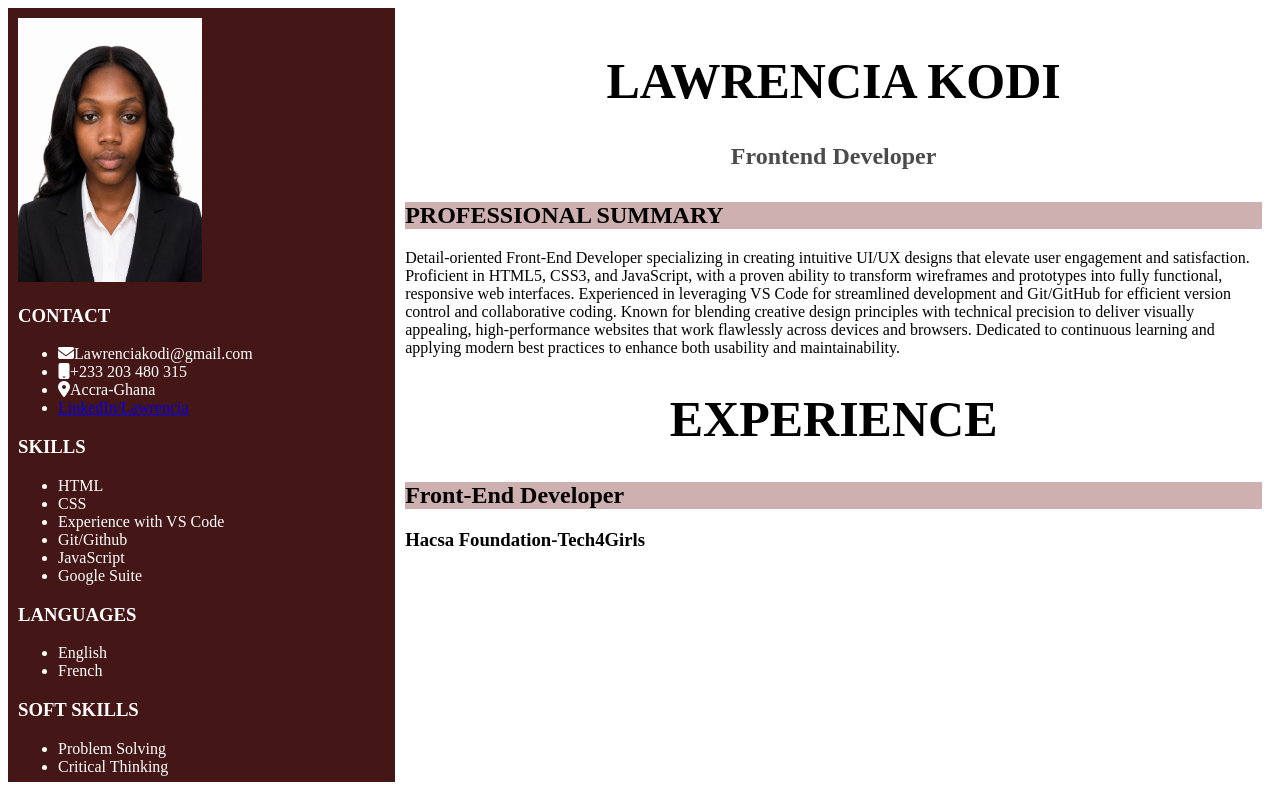
Repository: lawrencia-coder/T4G_CV
Page: index.html
These files come from the project's save history. The page is drawn as it stood at one moment and after a run of saves; the edit follows.
The browser window is 1280 px wide. The pictures show the whole page.
Some icons come from a web library that is not loaded, so they are not drawn. Some web libraries are served in a nearby version.

Above is the page before, as saved 2026-07-14 08:13:21.

### index.html
<!DOCTYPE html>
<html lang="en">
<head>
    <meta charset="UTF-8">
    <meta name="viewport" content="width=device-width, initial-scale=1.0">
    <script src="https://kit.fontawesome.com/c72fc9c022.js" crossorigin="anonymous"></script>
    <title>T4G_CV</title>
    <link rel="stylesheet" href="style.css">
</head>
<body>
    <div class="cv-container">
        <div class="left-column">
            <img src="images/passport pic 1.png" alt="" width="50%" height="35%">
            <h3>CONTACT</h3>
             <p>
              <ul>
                <li><i class="fa-solid fa-envelope" style="color: rgb(255, 255, 255);"></i>Lawrenciakodi@gmail.com</li>
                <li><i class="fa-solid fa-mobile" style="color: rgb(255, 255, 255);"></i>+233 203 480 315</li>
                <li><i class="fa-solid fa-location-dot" style="color: rgb(255, 255, 255);"></i>Accra-Ghana</li>
                <li><i class="fa-brands fa-square-linkedin" style="color: rgb(255, 255, 255);"></i><a href="www.linkedin.com/in/lawrencia-kodi-192a71305" target="_blank" rel="noopener noreferrer">LinkedIn/Lawrencia</a></li>
              </ul>
             </p>

            <h3>SKILLS</h3>
             <p>
                <ul>
                    <li>HTML</li>
                    <li>CSS</li>
                    <li>Experience with VS Code</li>
                    <li>Git/Github</li>
                    <li>JavaScript</li>
                    <li>Google Suite</li>
                </ul>
             </p>

             <h3>LANGUAGES</h3>
             <p>
                <ul>
                    <li>English</li>
                    <li>French</li>
                </ul>
             </p>

             <h3>SOFT SKILLS</h3>
             <p>
                <ul>
                    <li>Problem Solving</li>
                    <li>Critical Thinking</li>

                </ul>
             </p>
        </div>
         <div class="right-column">
             <h1>LAWRENCIA KODI  </h1>
             <h4 style="text-align: center;">Frontend Developer</h4>
             <h2>PROFESSIONAL SUMMARY</h2>
              <p>Detail-oriented Front-End Developer specializing in creating intuitive UI/UX designs that elevate user engagement and satisfaction.
                 Proficient in HTML5, CSS3, and JavaScript, with a proven ability to transform wireframes and prototypes into fully functional, responsive web interfaces.
                 Experienced in leveraging VS Code for streamlined development and Git/GitHub for efficient version control and collaborative coding.
                 Known for blending creative design principles with technical precision to deliver visually appealing, high-performance websites that work flawlessly across devices and browsers.
                 Dedicated to continuous learning and applying modern best practices to enhance both usability and maintainability.
                </p>

                <h1>EXPERIENCE</h1>
                <h2>Front-End Developer</h2>
                <h3>Hacsa Foundation-Tech4Girls</h3>
         </div>
    </div>

</body>
</html>

### style.css
/* styling headings */
h1{
    text-align: center;
    font-size: 50px;
    margin-bottom: none;
}

h4{
    opacity: calc(70%);
    font-size: x-large;
}

h2{
    background-color: rgb(206, 176, 176);
}


/* styling cv-container */
.cv-container{
    display: flex;
    width: 100%;
    min-height: 100vh;
}

.left-column{
width: 30%;
background-color: rgb(69, 22, 22);
color: white;
padding: 10px;
}

.right-column{
    width: 70%;
    background-color: white;
    color: black;
    padding: 10px;
}

After the next 3 saves:
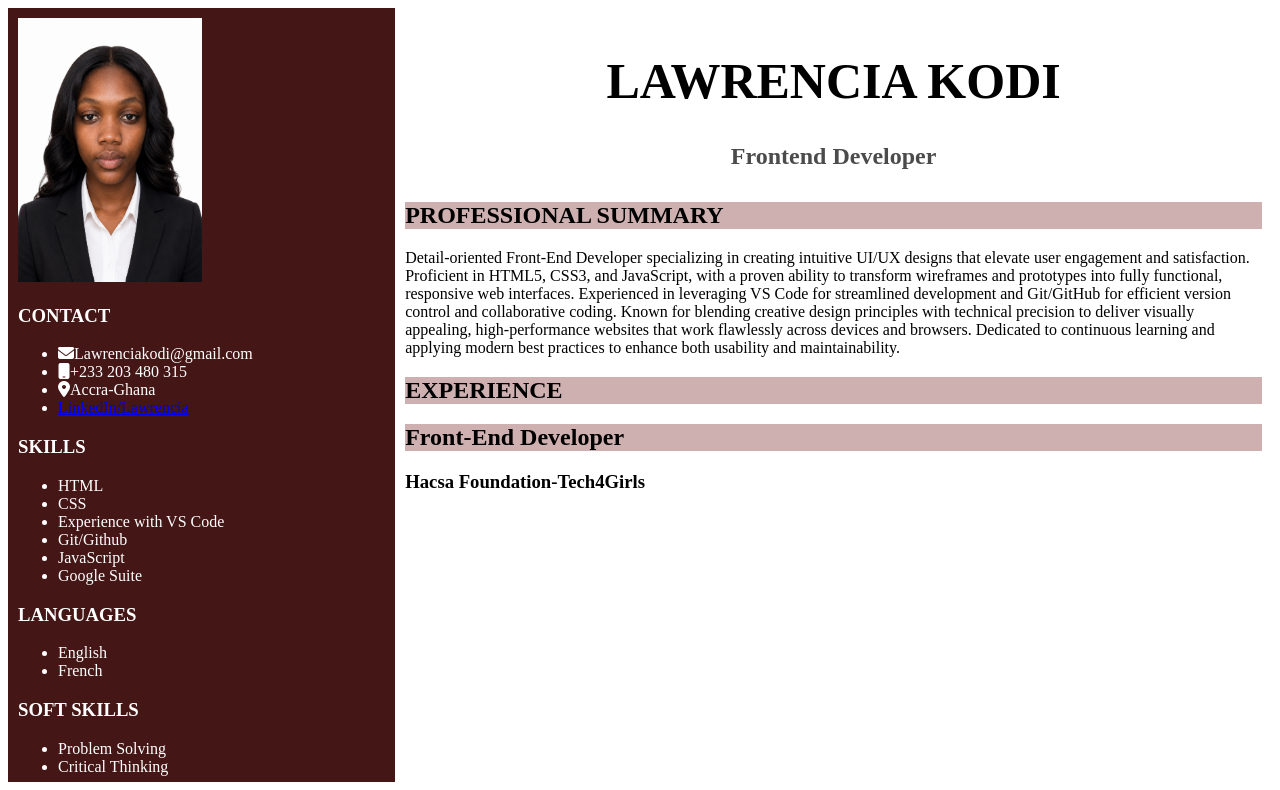
The 3 saves are shown as one change because they came seconds apart.
The last was saved 46 s later.
--- a/index.html
+++ b/index.html
@@ -61,7 +61,7 @@
                  Dedicated to continuous learning and applying modern best practices to enhance both usability and maintainability.
                 </p>
 
-                <h1>EXPERIENCE</h1>
+                <h2>EXPERIENCE</h2>
                 <h2>Front-End Developer</h2>
                 <h3>Hacsa Foundation-Tech4Girls</h3>
          </div>
